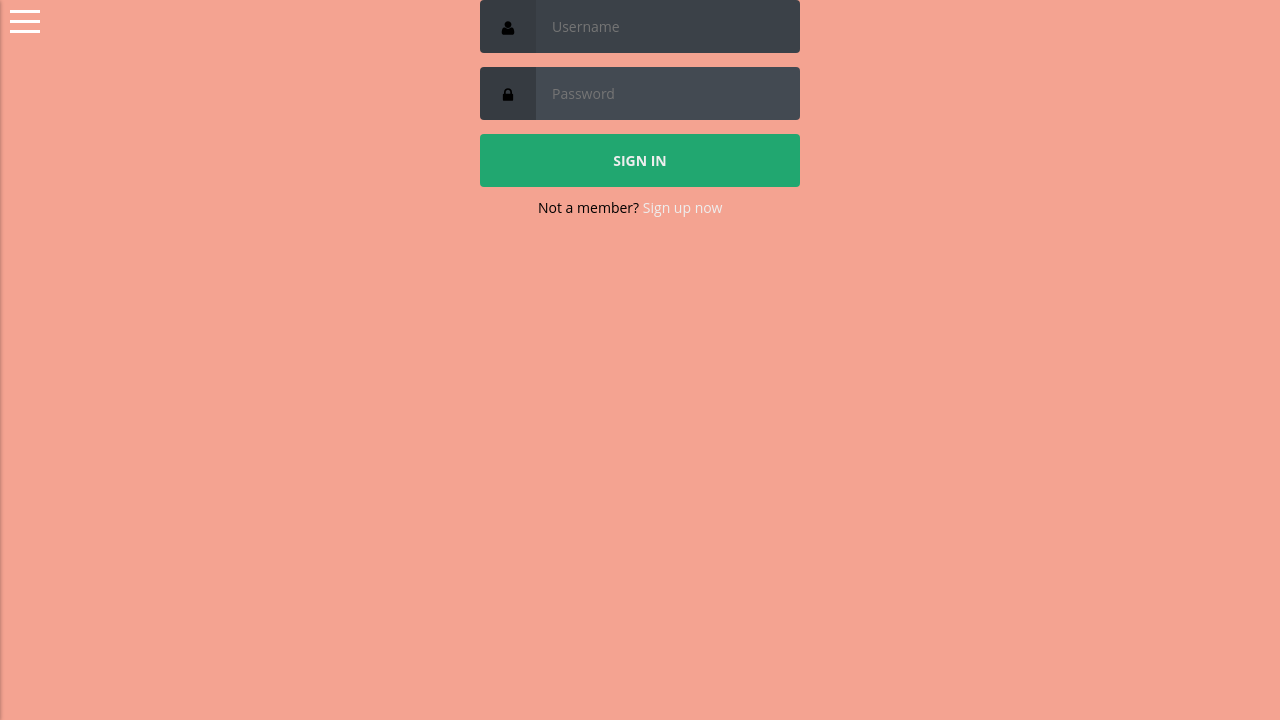
Repository: se-yoo/ChangeSeat
Page: http://localhost/ChangeSeat/signUp.jsp
The author's editor kept a copy of each file at every save. The page is drawn from the files as they stood at one save, then again after the next save.
The browser window is 1280 px wide. The pictures show the whole page.
The first visible `.login input[type='password']` has the focus.
Some web libraries are served in a nearby version. The page is served by Tomcat 9.

Above is the page before, as saved 2018-06-25 09:35:38.

### ChangeSeat/WebContent/signUp.jsp
<%@ page language="java" contentType="text/html; charset=UTF-8"
    pageEncoding="UTF-8"%>
<jsp:forward page="templateTest.jsp">
	<jsp:param name="CONTENTPAGE" value="loginProc.jsp"/>
</jsp:forward>

### ChangeSeat/WebContent/templateTest.jsp
<%@ page language="java" contentType="text/html; charset=UTF-8"
    pageEncoding="UTF-8"%>
<!DOCTYPE html>
<html>
<head>
<meta charset="UTF-8">
<title>자리바꾸기</title>
<meta name="viewport" content="width=device-width, initial-scale=1">
 <title>Side Menu</title>
 <link rel="stylesheet" href="templateStyle.css">
 <link href='https://fonts.googleapis.com/css?family=Pacifico' rel='stylesheet' type='text/css'>
 <script src="//ajax.googleapis.com/ajax/libs/jquery/1.6.1/jquery.min.js" type="text/javascript"></script>
 <script>
$(document).ready(function(){
  /*
  $(".first").mouseover(function(){
    $(".second").css("background-color", '#6b81d5');
    $(".first").css("background-color", '#D56B81');

  });
  $(".second").mouseover(function(){
    $(".second").css("background-color", '#8a6bd5');
    $(".first").css("background-color", '#6bd5bf');

  });
  */
  $(".wrap").click(function(){
    $(".top").toggleClass("addedtop");
    $(".mid").toggleClass("addedmid");
    $(".bot").toggleClass("addedbot");
$(".side").toggleClass("triggered");
    $(".sidebtn").toggleClass("sideopacity");


  });

}); //final
</script>
</head>
<body>
<%
	String contentpage=request.getParameter("CONTENTPAGE");
%>
  <div class="wrap">
<span class="line top"></span>
  <span class="line mid"></span>
  <span class="line bot"></span>
  </div>
  <div class="side">
    <a href="main.jsp" class="sidebtn">홈</a>
    <a href="#" class="sidebtn">자리바꾸기</a>
    <a href="#" class="sidebtn">조편성</a>
    <a href="#" class="sidebtn">정보관리</a>
  </div>
  <jsp:include page="<%= contentpage %>"></jsp:include>
</body>
</html>

### ChangeSeat/WebContent/loginProc.jsp
<%@ page language="java" contentType="text/html; charset=UTF-8"
	pageEncoding="UTF-8"%>
<!DOCTYPE html>
<html>
<head>
<meta content="text/html; charset=UTF-8">
<title></title>
 <link rel="stylesheet" href="loginStyle.css">
</head>
<body>
	<div class="grid">

    <form action="https://httpbin.org/post" method="POST" class="form login">

      <div class="form__field">
        <label for="login__username"><svg class="icon"><use xmlns:xlink="http://www.w3.org/1999/xlink" xlink:href="#user"></use></svg><span class="hidden">Username</span></label>
        <input id="login__username" type="text" name="username" class="form__input" placeholder="Username" required>
      </div>

      <div class="form__field">
        <label for="login__password"><svg class="icon"><use xmlns:xlink="http://www.w3.org/1999/xlink" xlink:href="#lock"></use></svg><span class="hidden">Password</span></label>
        <input id="login__password" type="password" name="password" class="form__input" placeholder="Password" required>
      </div>

      <div class="form__field">
        <input type="submit" value="Sign In">
      </div>

    </form>

    <p class="text--center">Not a member? <a href="#">Sign up now</a> <svg class="icon"><use xmlns:xlink="http://www.w3.org/1999/xlink" xlink:href="assets/images/icons.svg#arrow-right"></use></svg></p>

  </div>

	  <svg xmlns="http://www.w3.org/2000/svg" class="icons"><symbol id="arrow-right" viewBox="0 0 1792 1792">
	  <path d="M1600 960q0 54-37 91l-651 651q-39 37-91 37-51 0-90-37l-75-75q-38-38-38-91t38-91l293-293H245q-52 0-84.5-37.5T128 1024V896q0-53 32.5-90.5T245 768h704L656 474q-38-36-38-90t38-90l75-75q38-38 90-38 53 0 91 38l651 651q37 35 37 90z"/>
	  </symbol><symbol id="lock" viewBox="0 0 1792 1792">
	  <path d="M640 768h512V576q0-106-75-181t-181-75-181 75-75 181v192zm832 96v576q0 40-28 68t-68 28H416q-40 0-68-28t-28-68V864q0-40 28-68t68-28h32V576q0-184 132-316t316-132 316 132 132 316v192h32q40 0 68 28t28 68z"/>
	  </symbol><symbol id="user" viewBox="0 0 1792 1792"><path d="M1600 1405q0 120-73 189.5t-194 69.5H459q-121 0-194-69.5T192 1405q0-53 3.5-103.5t14-109T236 1084t43-97.5 62-81 85.5-53.5T538 832q9 0 42 21.5t74.5 48 108 48T896 971t133.5-21.5 108-48 74.5-48 42-21.5q61 0 111.5 20t85.5 53.5 62 81 43 97.5 26.5 108.5 14 109 3.5 103.5zm-320-893q0 159-112.5 271.5T896 896 624.5 783.5 512 512t112.5-271.5T896 128t271.5 112.5T1280 512z"/></symbol></svg>

</body>
</html>

### ChangeSeat/WebContent/templateStyle.css
@CHARSET "UTF-8";
@font-face{
	font-family:yangFont;
	src:url('yangfont05.ttf') format('truetype');
}
@font-face{
	font-family:Nanum;
	src:url('NanumBarunGothicLight.ttf') format('truetype');
}
body {
  background-color:#f4a391;
  margin: 0;
  padding: 0;
  font-family:Nanum;
}
html,body {
 height:100%;
}
.line {
 display: block;
  height:3px;
  width:30px;
  background-color:white;
  margin-top:5px;
  position: absolute;
  top:0;

  transition: all .4s ease-in-out;
}
.wrap {
 height:80px;
  position: relative;
  top:5px;
  left:10px;
  width: 30px;
  z-index: +150;
  cursor: pointer;
  height:30px;
  position: fixed;
}

.mid {
 top:10px;
}
.bot {
top:20px;
}

.addedmid {
  transform: rotate(135deg);
}
.addedtop {
  transform: rotate(45deg);
  top:10px;
}
.addedbot {
 opacity: 0;
}
.side {
	font-family: yangFont;
	width:20%;
  	position: fixed;
  	height:100%;
  	text-align: center;
  	left:-20%;
  	z-index: 80;
  	box-shadow: 0 1px 4px 0 rgba(0,0,0,0.37);
  	top:0;
  	background-color: #21a770;
  	transition: all .5s ease-in-out;
}
.sidebtn {
 text-decoration: none;
  display: block;
  color:white;
  font-size:35px;
  opacity:0;
  width:50%;
  position: relative;
  left:25%;
  top:25%;
  white-space: nowrap;
  line-height:100px;
  transition:all .25s ease-in-out;

}
.sideopacity  {
 opacity: 1;
  transition: all 1s ease-in-out;
}
.sidebtn:hover {
  text-shadow: 2px 2px rgba(0, 0, 0, 0.38);
}
.triggered {
 left:0;
}
.sidebtn::after {
 content: '';
  position: absolute;
  bottom:0;
  left:50%;
  width:0%;
  height:5px;
  background-color: white;
  transition: all .3s ease-out;
}
.sidebtn:hover::after {
 width: 100%;
  left:0;
  box-shadow: 2px 2px rgba(0, 0, 0, 0.38);
}

### ChangeSeat/WebContent/loginStyle.css
@CHARSET "UTF-8";
@font-face{
	font-family:yangFont;
	src:url('yangfont05.ttf') format('truetype');
}
@font-face{
	font-family:Nanum;
	src:url('NanumBarunGothicLight.ttf') format('truetype');
}
body{
	text-align:center;
	font-size:1.2em;
  color: var(--bodyColor);
  font-family: var(--bodyFontFamily), var(--bodyFontFamilyFallback);
  font-size: var(--bodyFontSize);
  font-weight: var(--bodyFontWeight);
  height: 100%;
  line-height: var(--bodyLineHeight);
  margin: 0;
  min-height: 100vh;
}

:root {
  --gridMaxWidth: 20rem;
  --gridWidth: 90%;
}

.grid {
  margin-left: auto;
  margin-right: auto;
  max-width: var(--gridMaxWidth);
  width: var(--gridWidth);
}

/* helpers/hidden.css */

.hidden {
  border: 0;
  clip: rect(0 0 0 0);
  height: 1px;
  margin: -1px;
  overflow: hidden;
  padding: 0;
  position: absolute;
  width: 1px;
}

/* helpers/icon.css */

:root {
  --iconFill: var(--baseColor);
}

.icons {
  display: none;
}

.icon {
  display: inline-block;
  fill: var(--iconFill);
  font-size: 1rem;
  height: 1em;
  vertical-align: middle;
  width: 1em;
}

/* layout/base.css */

:root {
  --htmlFontSize: 100%;

  --bodyBackgroundColor: #2c3338;
  --bodyColor: var(--baseColor);
  --bodyFontFamily: 'Open Sans';
  --bodyFontFamilyFallback: sans-serif;
  --bodyFontSize: 0.875rem;
  --bodyFontWeight: 400;
  --bodyLineHeight: 1.5;
}

* {
  box-sizing: inherit;
}

html {
  box-sizing: border-box;
  font-size: var(--htmlFontSize);
  height: 100%;
}
/* modules/anchor.css */

:root {
  --anchorColor: #eee;
}

a {
  color: var(--anchorColor);
  outline: 0;
  text-decoration: none;
}

a:focus,
a:hover {
  text-decoration: underline;
}

/* modules/form.css */

:root {
  --formFieldMargin: 0.875rem;
}

input {
  background-image: none;
  border: 0;
  color: inherit;
  font: inherit;
  margin: 0;
  outline: 0;
  padding: 0;
  transition: background-color 0.3s;
}

input[type='submit'] {
  cursor: pointer;
}

.form {
  margin: calc(var(--formFieldMargin) * -1);
}

.form input[type='password'],
.form input[type='text'],
.form input[type='submit'] {
  width: 100%;
}

.form__field {
  display: flex;
  margin: var(--formFieldMargin);
}

.form__input {
  flex: 1;
}

/* modules/login.css */

:root {
  --loginBorderRadus: 0.25rem;
  --loginColor: #eee;

  --loginInputBackgroundColor: #3b4148;
  --loginInputHoverBackgroundColor: #434a52;

  --loginLabelBackgroundColor: #363b41;

  --loginSubmitBackgroundColor: #ea4c88;
  --loginSubmitColor: #eee;
  --loginSubmitHoverBackgroundColor: #d44179;
}

.login {
  color: var(--loginColor);
}

.login label,
.login input[type='text'],
.login input[type='password'],
.login input[type='submit'] {
  border-radius: var(--loginBorderRadus);
  padding: 1rem;
}

.login label {
  background-color: var(--loginLabelBackgroundColor);
  border-bottom-right-radius: 0;
  border-top-right-radius: 0;
  padding-left: 1.25rem;
  padding-right: 1.25rem;
}

.login input[type='password'],
.login input[type='text'] {
  background-color: var(--loginInputBackgroundColor);
  border-bottom-left-radius: 0;
  border-top-left-radius: 0;
}

.login input[type='password']:focus,
.login input[type='password']:hover,
.login input[type='text']:focus,
.login input[type='text']:hover {
  background-color: var(--loginInputHoverBackgroundColor);
}

.login input[type='submit'] {
  background-color: #21a770;
  color: var(--loginSubmitColor);
  font-weight: 700;
  text-transform: uppercase;
}

.login input[type='submit']:focus,
.login input[type='submit']:hover {
  background-color: white;
  color:#21a770;
}

/* modules/text.css */

:root {
  --paragraphMarginBottom: 1.5rem;
  --paragraphMarginTop: 1.5rem;
}

p {
  margin-bottom: var(--paragraphMarginBottom);
  margin-top: var(--paragraphMarginTop);
}

.text--center {
  text-align: center;
}

After the next save:
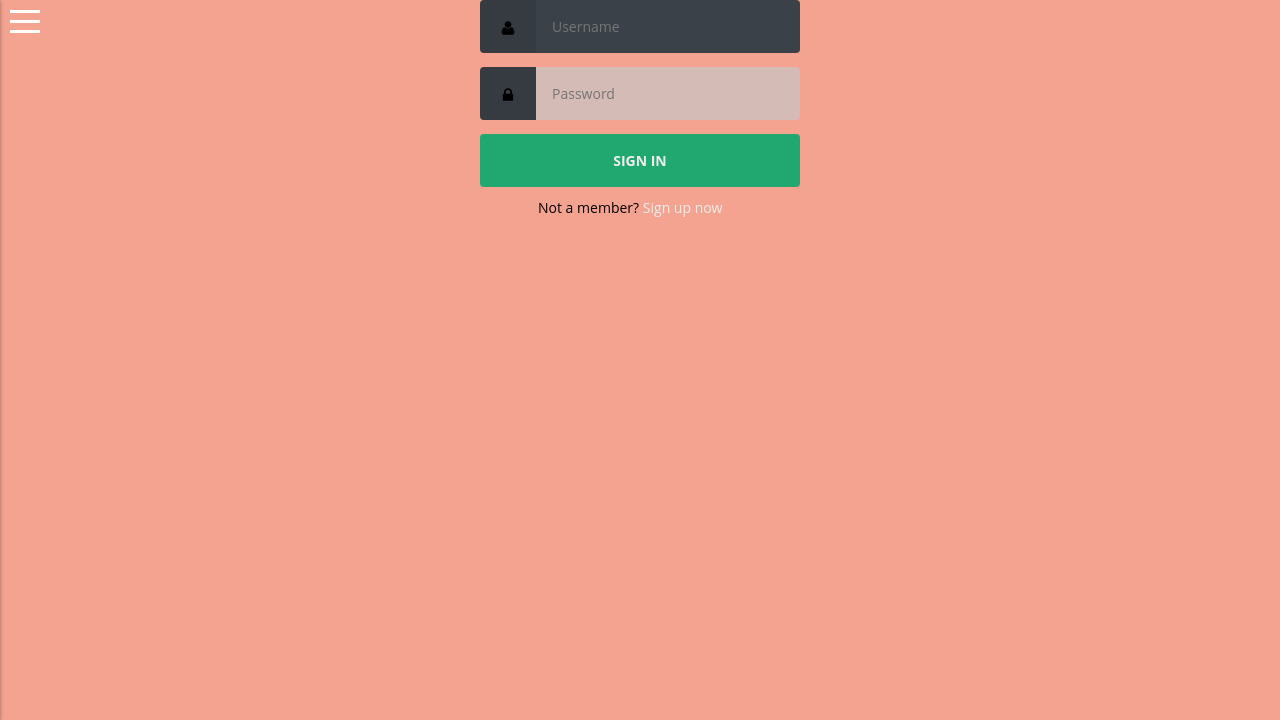
Saved 42 s later.
--- a/ChangeSeat/WebContent/loginStyle.css
+++ b/ChangeSeat/WebContent/loginStyle.css
@@ -191,7 +191,7 @@ input[type='submit'] {
 .login input[type='password']:hover,
 .login input[type='text']:focus,
 .login input[type='text']:hover {
-  background-color: var(--loginInputHoverBackgroundColor);
+  background-color:#d5bbb6;
 }
 
 .login input[type='submit'] {
